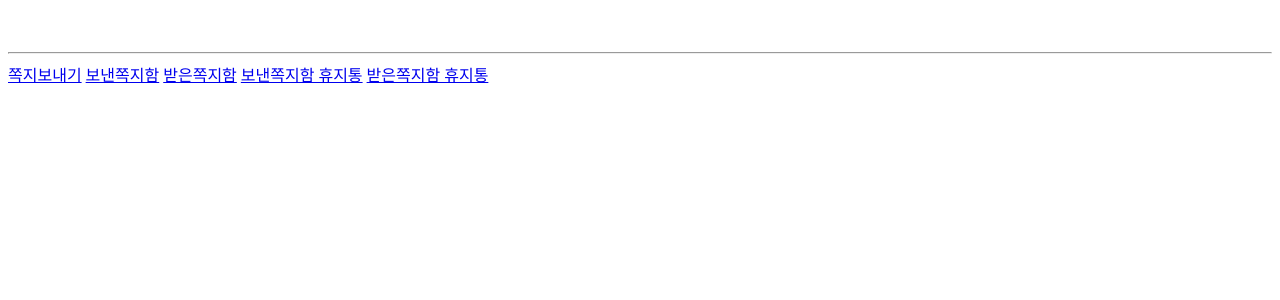
Repository: lss7612/kh_semi_workspace
Page: http://localhost/KH_semiProject/views/noteViews/buttons.jsp
An editor plug-in stored every save of this project. The page is shown before and after the next save, followed by the edit.
The browser window is 1280 px wide. The pictures show the whole page.
The page is served by Tomcat 9. Nobody is signed in. The application's start-up code is not run.

Above is the page before, as saved 2020-11-04 02:10:35.

After the next save:
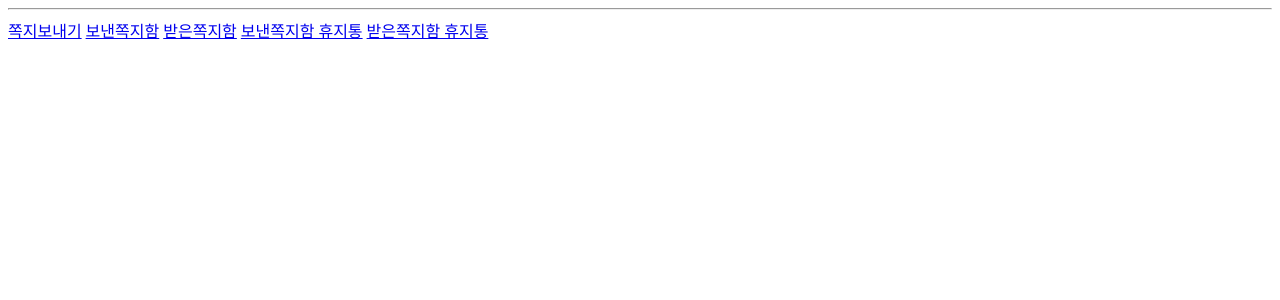
Saved 6 s later.
--- a/KH_semiProject/WebContent/views/noteViews/buttons.jsp
+++ b/KH_semiProject/WebContent/views/noteViews/buttons.jsp
@@ -1,6 +1,6 @@
 <%@ page language="java" contentType="text/html; charset=UTF-8"
     pageEncoding="UTF-8"%>
-<br><br>
+
 <hr>
 <div class="buttons">
 
